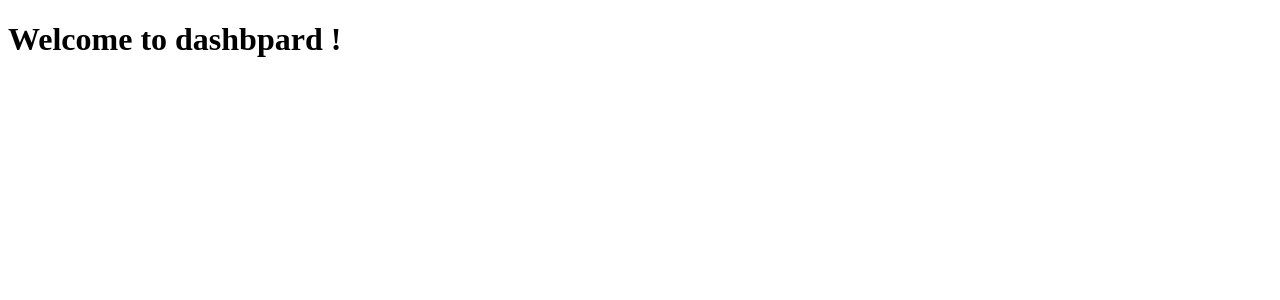
Repository: deepakkthakur/java
Page: http://localhost/GetPostDemo/dashboard.jsp
These files come from the project's save history. The page is drawn as it stood at one moment and after the next save; the edit follows.
The browser window is 1280 px wide. The pictures show the whole page.
The page is served by Tomcat 10.

Above is the page before, as saved 2024-04-10 11:11:54.

After the next save:
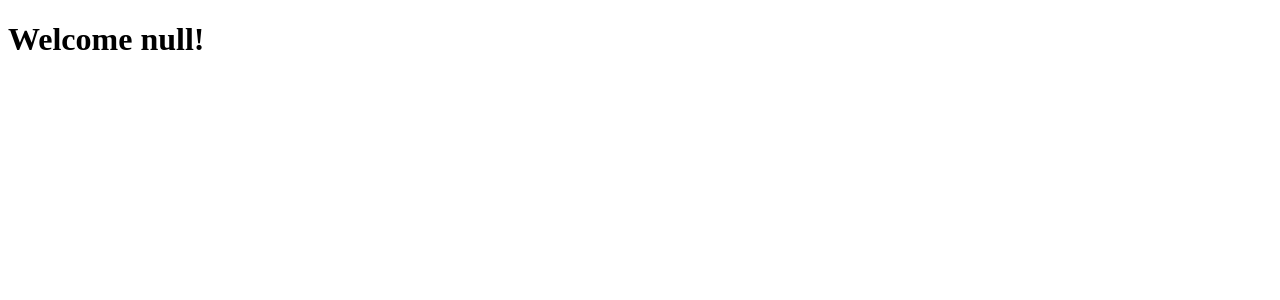
Saved 2 min 10 s later.
--- a/GetPostDemo/src/main/webapp/dashboard.jsp
+++ b/GetPostDemo/src/main/webapp/dashboard.jsp
@@ -7,6 +7,6 @@
 <title>Insert title here</title>
 </head>
 <body>
-	<h1>Welcome to dashbpard !</h1>
+	<h1>Welcome  <%= request.getAttribute("user") %>!</h1>
 </body>
 </html>
